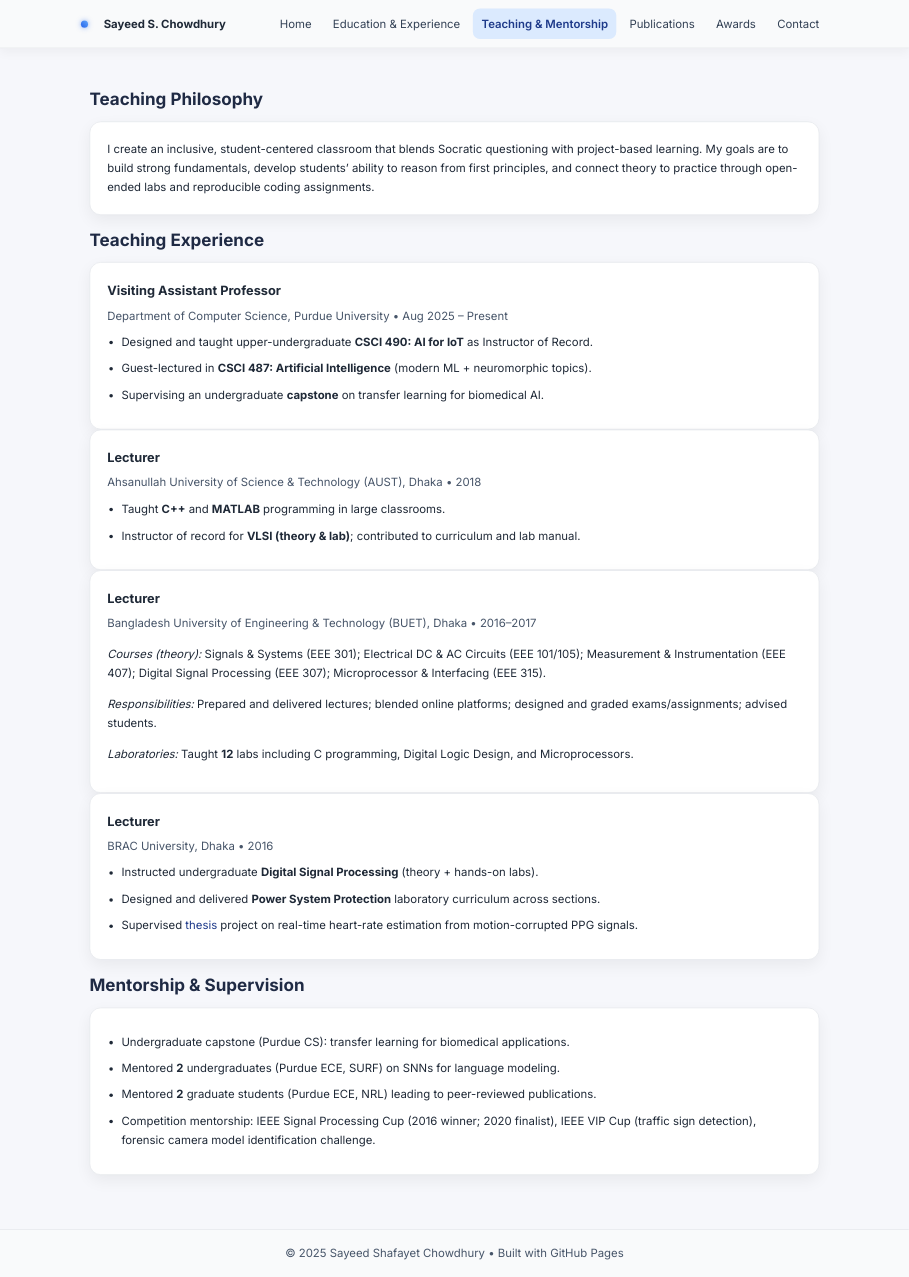
Repository: SayeedChowdhury/SayeedChowdhury.github.io
Page: teaching.html
These files come from the project's save history. The page is drawn as it stood at one moment and after the next save; the edit follows.
The browser window is 1280 px wide. The pictures show the whole page, at 71% of full size.

Above is the page before, as saved 2025-08-13 09:45:18.

After the next save:
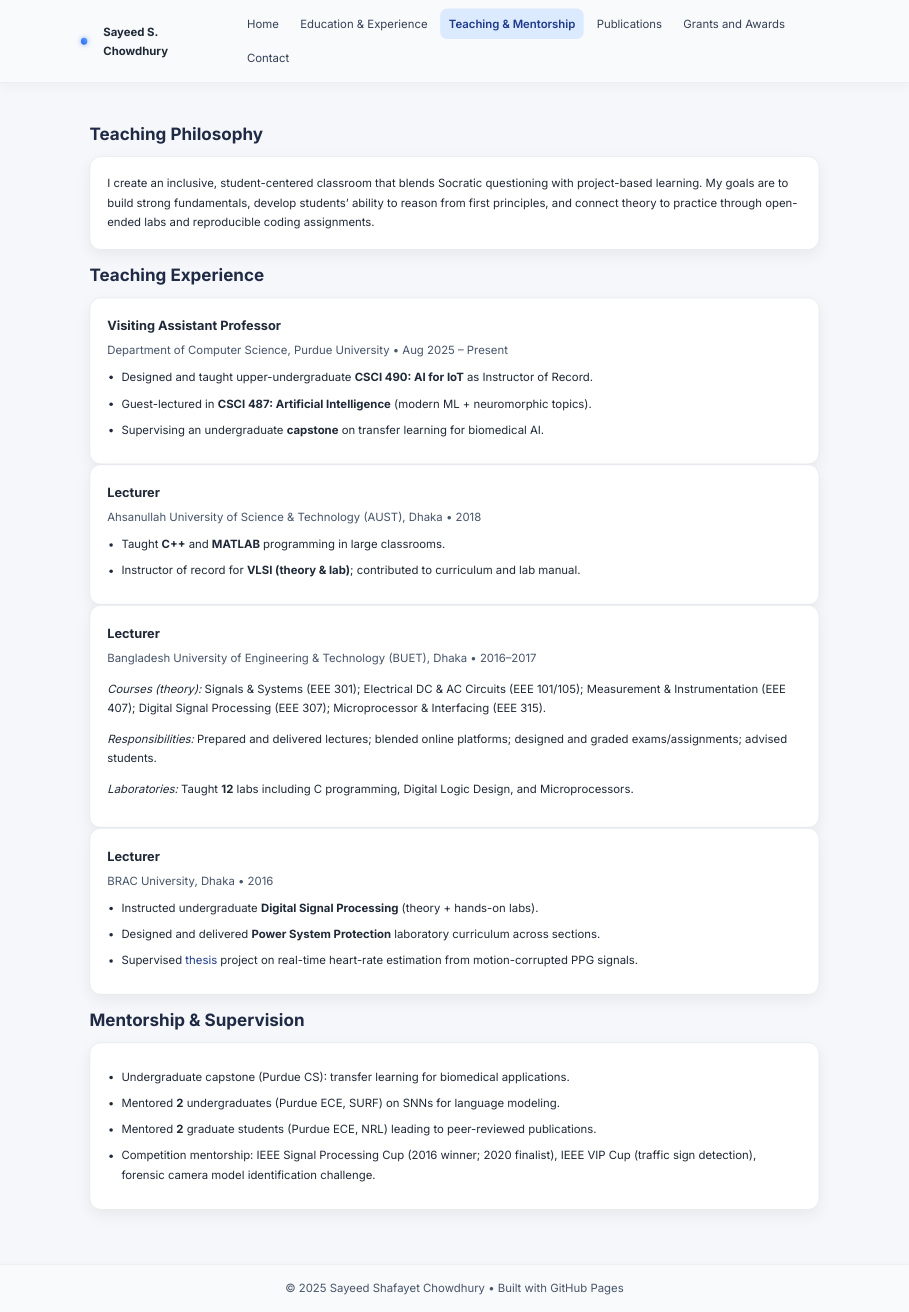
Saved 13 min 17 s later.
--- a/teaching.html
+++ b/teaching.html
@@ -19,7 +19,7 @@
       <a href="teaching.html" class="active">Teaching & Mentorship</a>
       <!-- <a href="research.html" class="">Research</a> -->
       <a href="publications.html" class="">Publications</a>
-      <a href="awards.html" class="">Awards</a>
+      <a href="awards.html" class="">Grants and Awards</a>
       <a href="contact.html" class="">Contact</a>
     </div>
   </div>
